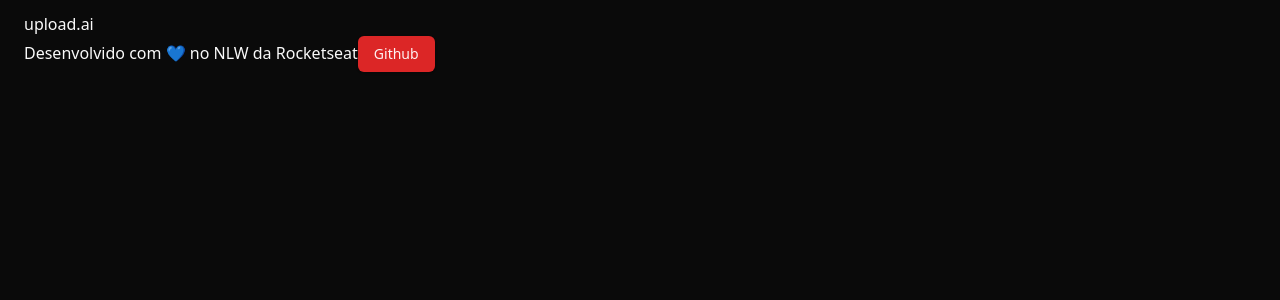
Repository: ricardolimati/upload-ai-web
Page: /
An editor plug-in stored every save of this project. The page is shown before and after the next save, followed by the edit.
The browser window is 1280 px wide. The pictures show the whole page.
The project was rebuilt for these pictures with package versions that can differ from the ones it lists, and the page was loaded fresh each time. Also part of the build but not shown: vite.config.ts.

Above is the page before, as saved 2023-09-11 23:06:36.

After the next save:
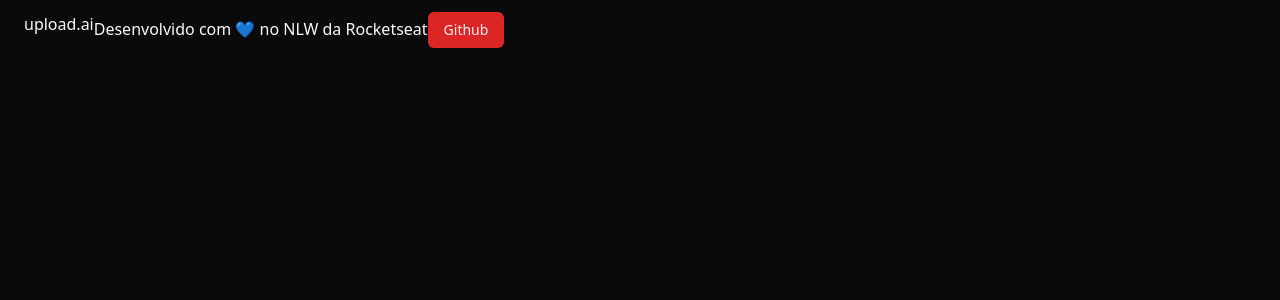
Saved 4 s later.
--- a/src/App.tsx
+++ b/src/App.tsx
@@ -3,7 +3,7 @@ import { Button } from "./components/ui/button";
 export function App() {
   return(
    <div>
-    <div className="px-6 py-3">
+    <div className="px-6 py-3 flex ">
       <h1>upload.ai</h1>
       <div>
         <span>Desenvolvido com 💙 no NLW da Rocketseat</span>
